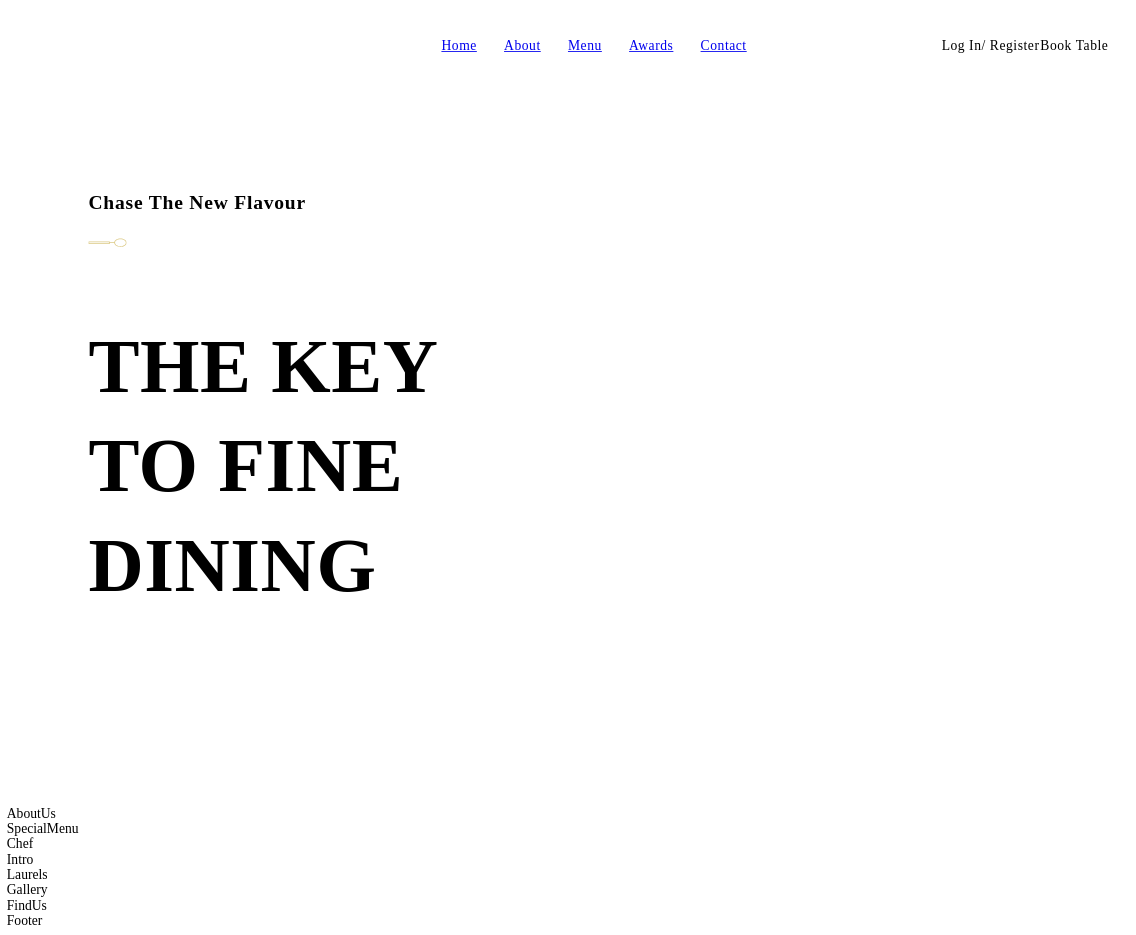
Repository: remydev47/restaurant
Page: /
An editor plug-in stored every save of this project. The page is shown before and after the next save, followed by the edit.
The browser window is 1280 px wide. The page is 1336 px wide, so the pictures cover 1336 px, including what lies to the right of the window. The pictures show the whole page, at 85% of full size.
The project was rebuilt for these pictures with package versions that can differ from the ones it lists, and the page was loaded fresh each time. Also part of the build but not shown: src/container/AboutUs/AboutUs.css, src/container/Chef/Chef.css, src/components/Footer/Newsletter.jsx, src/components/Footer/FooterOverlay.jsx, src/components/Menuitem/MenuItem.css, src/components/Menuitem/MenuItem.jsx, src/container/Menu/SpecialMenu.css. Imported but missing from the stored project, and not drawn on this page: src/assets/meal.mp4.

Above is the page before, as saved 2022-03-15 13:04:35.

### public/index.html
<!DOCTYPE html>
<html lang="en">
  <head>
    <meta charset="utf-8" />
    <link rel="icon" href="%PUBLIC_URL%/favicon.ico" />
    <meta name="viewport" content="width=device-width, initial-scale=1" />
    <meta name="theme-color" content="#000000" />
    <meta name="description"content="Web site created using create-react-app"/>
    <link rel="apple-touch-icon" href="%PUBLIC_URL%/logo192.png" />
    <link rel="manifest" href="%PUBLIC_URL%/manifest.json" />
    <title>Gerich Resturant</title>
  </head>
  <body>
    <noscript>You need to enable JavaScript to run this app.</noscript>
    <div id="root"></div>
</html>

### src/App.js
import React from 'react';

import { AboutUs, Chef, FindUs, Footer, Gallery, Header, Intro, Laurels, SpecialMenu } from './container';
import { Navbar } from './components';
import './App.css';

const App = () => (
  <div>
    <Navbar />
    <Header />
    <AboutUs />
    <SpecialMenu />
    <Chef />
    <Intro />
    <Laurels />
    <Gallery />
    <FindUs />
    <Footer />
  </div>
);

export default App;

### src/container/Header/Header.jsx
import React from 'react';
import { SubHeading } from '../../components';

import { images } from "../../constants"
import './Header.css';

const Header = () => (
  <div className="app__header app__wrapper section__padding" id="home">
    <div className="app__wrapper_info">
      <SubHeading title="Chase The New Flavour" />
      <h1 className="app__header-h1">The Key To Fine Dining</h1>
      <p className="p__opensans" style={{margin: '2rem 0'}}></p>
    </div>
    <div className="app__wrapper_img"></div>
  </div>
);

export default Header;

### src/components/SubHeading/SubHeading.jsx
import React from 'react';
import { images } from '../../constants';


const SubHeading = ({ title }) => (
  <div style={{ marginBottom: "1rem"}}>
    <p className='p__cormorant'>{title}</p>
    <img src={images.spoon} alt="spoon" className="spoon__img" />
  </div>
);

export default SubHeading;

### src/components/Navbar/Navbar.jsx
import React, {useState} from 'react';
import { GiHamburgerMenu } from 'react-icons/gi';
import { MdOutlineRestaurantMenu } from 'react-icons/md';

import images from '../../constants/images';
import './Navbar.css';

const Navbar = () => {
  const [toggleMenu, setToggleMenu] = useState(false)
  return(
  <nav className="app__navbar">
    <div className="app__navbar-logo">
     <img src={images.gericht} alt="app logo"/>
    </div>
    <ul className="app__navbar-links">
      <li className="p__opensans"><a href="#home">Home</a></li>
      <li className="p__opensans"><a href="#about">About</a></li>
      <li className="p__opensans"><a href="#menu">Menu</a></li>
      <li className="p__opensans"><a href="#awards">Awards</a></li>
      <li className="p__opensans"><a href="#contact">Contact</a></li>
    </ul>
    <div className="app__navbar-login">
      <a href="#login" className="p__opensans">Log in/ Register</a>
    <div/>
      <a href="/" className="p__opensans">Book Table</a>
    </div>
    <div className="app__navbar-smallscreen">
      <GiHamburgerMenu color="#fff" fontsize={27} onClick={() => setToggleMenu(true)} />

      {toggleMenu && (


      <div className="app__navbar-smallscreen_overlay flex__center slide-bottom">
        <MdOutlineRestaurantMenu fontSize={27} className="overlay__close" onClick={() => setToggleMenu(false)} />
        <ul className="app__navbar-smallscreen_links">
          <li className="p__opensans"><a href="#home">Home</a></li>
          <li className="p__opensans"><a href="#about">About</a></li>
          <li className="p__opensans"><a href="#menu">Menu</a></li>
          <li className="p__opensans"><a href="#awards">Awards</a></li>
          <li className="p__opensans"><a href="#contact">Contact</a></li>
       </ul>
      </div>
       )}
    </div>
  </nav>
  );
};

export default Navbar;

### src/container/Header/Header.css
.app__header {
    background-color: var(--color-black);
}

.app__header-h1 {
    font-family: var(--font-base);
    color: var(--color-golden);
    letter-spacing: 0.04rem;
    text-transform: uppercase;
    line-height: 117px;
    font-size: 90px;
}

.app__header-img {
    width: ;
}

### src/constants/images.js
import bg from '../assets/bg.png';
import chef from '../assets/chef.png';
import G from '../assets/G.png';
import gallery01 from '../assets/gallery01.png';
import gallery02 from '../assets/gallery02.png';
import gallery03 from '../assets/gallery03.png';
import gallery04 from '../assets/gallery04.png';
import knife from '../assets/knife.png';
import logo from '../assets/logo.png';
import menu from '../assets/menu.png';
import overlaybg from '../assets/overlaybg.png';
import spoon from '../assets/spoon.svg';
import welcome from '../assets/welcome.png';
import findus from '../assets/findus.png';
import laurels from '../assets/laurels.png';
import award01 from '../assets/award01.png';
import award02 from '../assets/award02.png';
import award03 from '../assets/award03.png';
import award05 from '../assets/award05.png';
import sign from '../assets/sign.png';
import quote from '../assets/quote.png';
import gericht from '../assets/gericht.png';

export default {
  bg,
  chef,
  G,
  gallery01,
  gallery02,
  gallery03,
  gallery04,
  knife,
  logo,
  menu,
  overlaybg,
  spoon,
  welcome,
  findus,
  laurels,
  award01,
  award02,
  award03,
  award05,
  sign,
  quote,
  gericht,
};

### src/components/Navbar/Navbar.css
.app__navbar {
   width: 100%;
   display: flex;
   justify-content: space-between;
   align-items: center;
   background: var(--color-black);
   padding: 1rem 2rem;
}

.app__navbar-logo{
    display: flex;
    justify-content: flex-start;
    align-items: center;
}

.app__navbar-logo img{
    width: 150px;
}

.app__navbar-links {
    flex: 1;
    display: flex;
    justify-content: center;
    align-items: center;

    list-style: none;
}

.app__navbar-links li{
    margin: 0 1rem;
    cursor: pointer;
}

.app__navbar-links li:hover {
   color: var(--color-grey);
}

.app__navbar-login {
    display: flex;
    justify-content: flex-end;
    align-items: center;
}
.app__navbar-login a {
    margin: o 1rem;
    text-decoration: none;
    transition: 0.5s  ease;
}

.app__navbar-login a:hover{
    border-bottom: 1px solid var(--color-golden);
}

.app__navbar-login div{
    width: 1px;
    height: 30px;
    background-color: var(--color-grey);
}

.app__navbar-smallscreen{
    display: none;
}

.app__navbar-smallscreen_overlay {
    position: fixed;
    top: 0;
    left: 0;
    width: 100%;
    height: 100vh;
    background-color: var(--color-black);
    transition: 0.5s ease;

    flex-direction: column;
    z-index: 5;
}

.app__navbar-smallscreen_overlay .overlay__close{
    font-size: 27px;
    color: var(--color-golden);
    cursor: pointer;

    position: absolute;
    top: 20px;
    right: 20px;
}

.app__navbar-smallscreen_links{
    list-style: none;
}

.app__navbar-smallscreen_links li {
   margin: 2rem;
   cursor: pointer;
   color: var(--color-golden);
   font-size: 2rem;
   text-align: center;
   font-family: var(--font-base);
}

.app__navbar-smallscreen_links li:hover {
    color: var(--color-white);
}

@media screen and (max-width: 2000px) {
    .app__navbar-logo img{
        width: 210px;
    }
}

@media screen and (max-width: 1150px) {
    .app__navbar-links {
        display: none;
    }

    .app__navbar-smallscreen {
        display: flex;
    }
}

@media screen and (max-width: 650px) {
    .app__navbar {
        padding: 1rem;
    }
    .app__navbar-login {
        display: none;
    }

    .app__navbar-logo img{
        width: 110px;
    }
}

### src/constants/data.js
import images from './images';

const wines = [
  {
    title: 'Chapel Hill Shiraz',
    price: '$56',
    tags: 'AU | Bottle',
  },
  {
    title: 'Catena Malbee',
    price: '$59',
    tags: 'AU | Bottle',
  },
  {
    title: 'La Vieillw Rose',
    price: '$44',
    tags: 'FR | 750 ml',
  },
  {
    title: 'Rhino Pale Ale',
    price: '$31',
    tags: 'CA | 750 ml',
  },
  {
    title: 'Irish Guinness',
    price: '$26',
    tags: 'IE | 750 ml',
  },
];

const cocktails = [
  {
    title: 'Aperol Sprtiz',
    price: '$20',
    tags: 'Aperol | Villa Marchesi prosecco | soda | 30 ml',
  },
  {
    title: "Dark 'N' Stormy",
    price: '$16',
    tags: 'Dark rum | Ginger beer | Slice of lime',
  },
  {
    title: 'Daiquiri',
    price: '$10',
    tags: 'Rum | Citrus juice | Sugar',
  },
  {
    title: 'Old Fashioned',
    price: '$31',
    tags: 'Bourbon | Brown sugar | Angostura Bitters',
  },
  {
    title: 'Negroni',
    price: '$26',
    tags: 'Gin | Sweet Vermouth | Campari | Orange garnish',
  },
];

const awards = [
  {
    imgUrl: images.award02,
    title: 'Bib Gourmond',
    subtitle: 'Lorem ipsum dolor sit amet, consectetur.',
  },
  {
    imgUrl: images.award01,
    title: 'Rising Star',
    subtitle: 'Lorem ipsum dolor sit amet, consectetur.',
  },
  {
    imgUrl: images.award05,
    title: 'AA Hospitality',
    subtitle: 'Lorem ipsum dolor sit amet, consectetur.',
  },
  {
    imgUrl: images.award03,
    title: 'Outstanding Chef',
    subtitle: 'Lorem ipsum dolor sit amet, consectetur.',
  },
];

export default { wines, cocktails, awards };

Loaded but not shown: src/index.js (common file); src/container/index.js (common file); src/components/index.js (common file); src/App.css (common file); src/container/AboutUs/AboutUs.jsx (common file); src/container/Chef/Chef.jsx (common file); src/container/Findus/FindUs.jsx (common file); src/container/Footer/Footer.jsx (common file); src/container/Gallery/Gallery.jsx (common file); src/container/Intro/Intro.jsx (common file); src/container/Laurels/Laurels.jsx (common file); src/container/Menu/SpecialMenu.jsx (common file); src/constants/index.js (common file); src/components/Footer/FooterOverlay.css (no stored copy; drawn as an empty file); src/components/Footer/Newsletter.css (no stored copy; drawn as an empty file); src/container/Footer/Footer.css (no stored copy; drawn as an empty file); src/container/Gallery/Gallery.css (no stored copy; drawn as an empty file); src/container/Intro/Intro.css (no stored copy; drawn as an empty file); src/container/Laurels/Laurels.css (no stored copy; drawn as an empty file)

After the next save:
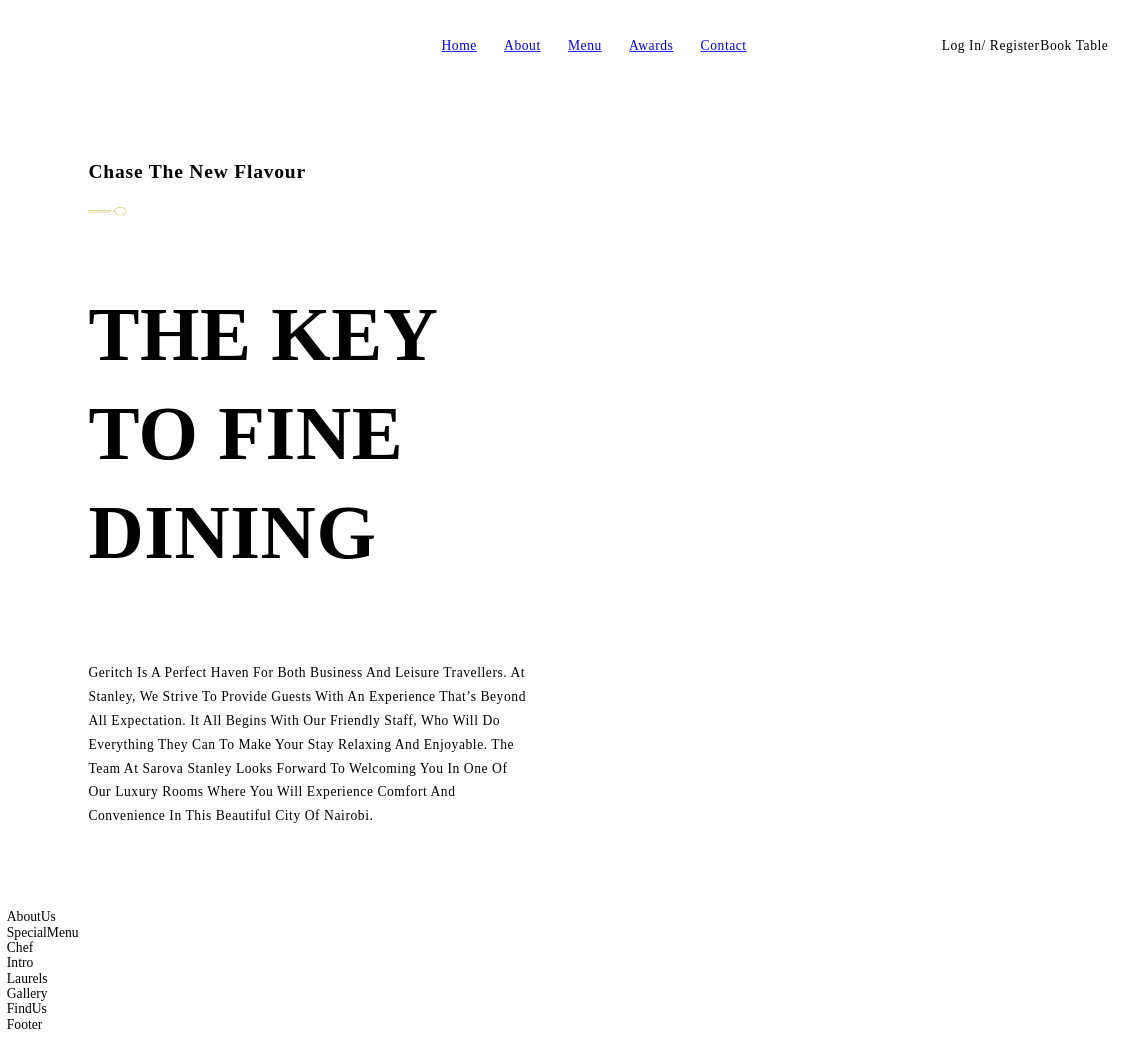
Saved 96 s later.
--- a/src/container/Header/Header.jsx
+++ b/src/container/Header/Header.jsx
@@ -9,7 +9,9 @@ const Header = () => (
     <div className="app__wrapper_info">
       <SubHeading title="Chase The New Flavour" />
       <h1 className="app__header-h1">The Key To Fine Dining</h1>
-      <p className="p__opensans" style={{margin: '2rem 0'}}></p>
+      <p className="p__opensans" style={{margin: '2rem 0'}}>
+          Geritch is a perfect haven for both business and leisure travellers. At Stanley, we strive to provide guests with an experience that’s beyond all expectation. It all begins with our friendly staff, who will do everything they can to make your stay relaxing and enjoyable. The team at Sarova Stanley looks forward to welcoming you in one of our luxury rooms where you will experience comfort and convenience in this beautiful city of Nairobi.
+      </p>
     </div>
     <div className="app__wrapper_img"></div>
   </div>
